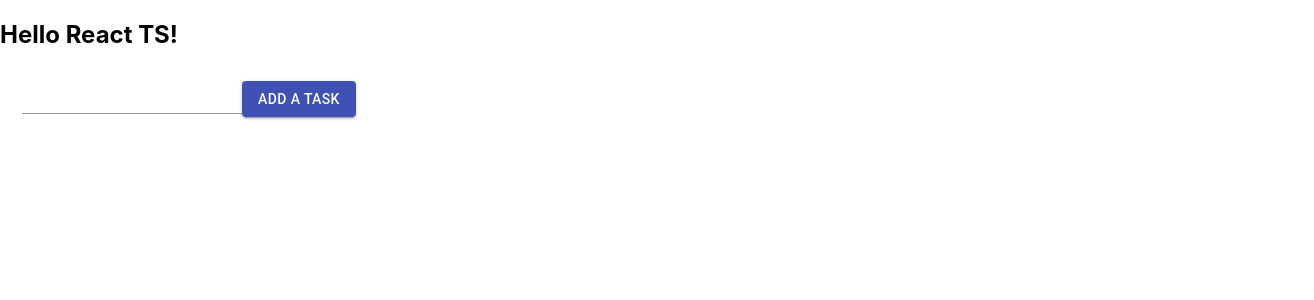
Repository: Salvaaragon/ItemListReact
Page: /
These files come from the project's save history. The page is drawn as it stood at one moment and after the next save; the edit follows.
The browser window is 1280 px wide. The page is 1314 px wide, so the pictures cover 1314 px, including what lies to the right of the window. The pictures show the whole page.
The project was rebuilt for these pictures with package versions that can differ from the ones it lists, and the page was loaded fresh each time. Also part of the build but not shown: src/components/TasksListItem.tsx.

Above is the page before, as saved 2019-08-04 11:32:09.

After the next save:
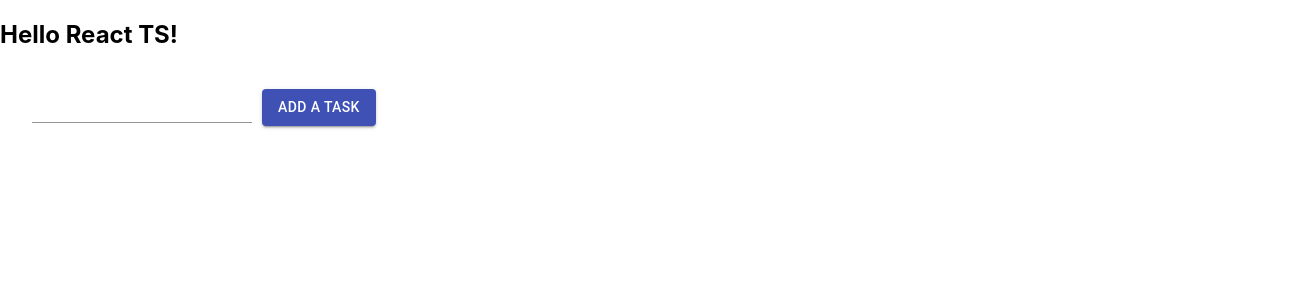
Saved 21 s later.
--- a/src/components/NewTaskForm.tsx
+++ b/src/components/NewTaskForm.tsx
@@ -23,7 +23,7 @@ export const NewTaskForm: FunctionComponent<Props> = ({
     <Grid container spacing={3} style={gridStyle}>
         <Grid item xs>
         <form onSubmit={onAdd}>
-            <Input onChange={onChange} value={task.name}/>
+            <Input onChange={onChange} value={task.name} style={gridStyle}/>
             <Button variant="contained" color="primary" type="submit">Add a task</Button>
         </form>
         </Grid>
